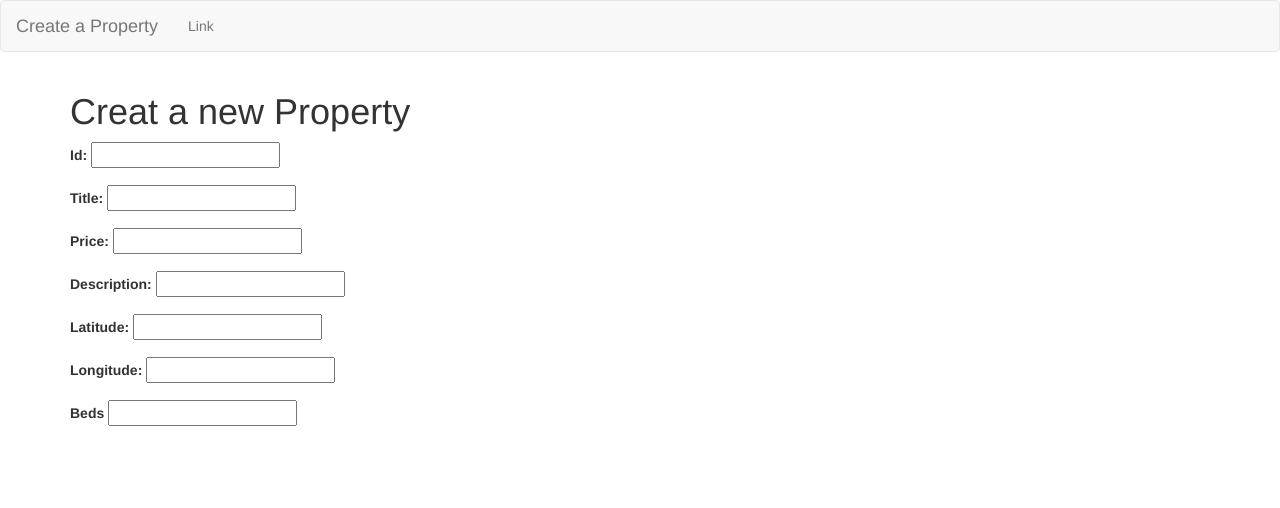
Repository: djoysilva/vivaRealChallenge
Page: http://localhost/vivaReal2.0/createProperty.jsp
The author's editor kept a copy of each file at every save. The page is drawn from the files as they stood at one save, then again after the next save.
The browser window is 1280 px wide. The pictures show the whole page.
The page is served by Tomcat 9. Other server files are loaded and not shown.

Above is the page before, as saved 2016-11-02 21:05:50.

### VivaRealWorkSpace/vivaReal2.0/WebContent/createProperty.jsp
<%@ page language="java" contentType="text/html; charset=ISO-8859-1"
    pageEncoding="ISO-8859-1"%>
<!DOCTYPE html PUBLIC "-//W3C//DTD HTML 4.01 Transitional//EN" "http://www.w3.org/TR/html4/loose.dtd">
<html>
<head>
<meta http-equiv="Content-Type" content="text/html; charset=ISO-8859-1">
<%@ include file = "include.jsp"%>
<title>Create a new property</title>
</head>
<body>
	<%@ include file = "menu.jsp" %>
	<div class = "container">
		<h1>Creat a new Property</h1>
		<div class = "row">
			<div class = "col-md-4">
				<form action="createProperty" method="post">
					<input type="hidden" name="action" value="create">
					<div class = "form-group">
						<label for="idId">Id:</label>
						<input type="text" name="id" id="idId">
					</div>
					<div class = "form-group">
						<label for="idTitle">Title:</label>
						<input type="text" name="title" id="idTitle">
					</div>
					<div class = "form-group">
						<label for="idPrice">Price:</label>
						<input type="text" name="price" id="idPrice">
					</div>
					<div class = "form-group">
						<label for="idDesc">Description:</label>
						<input type="text" name="description" id="idDesc">
					</div>
					<div class = "form-group">
						<label for="idLatitude">Latitude:</label>
						<input type="text" name="latitude" id="idLatitude">
					</div>
					<div class = "form-group">
						<label for="idLongitude">Longitude:</label>
						<input type="text" name="longitude" id="idLongitude">
					</div>
					<div class = "form-group">
						<label for="idBeds">Beds</label>
						<input type="text" name="beds" id="idBeds">
					</div>
				</form>
			</div>
		</div>
	</div>
</body>
</html>

### VivaRealWorkSpace/vivaReal2.0/WebContent/include.jsp
<link rel = "stylesheet" type = "text/css" href="css/bootstrap.min.css">

### VivaRealWorkSpace/vivaReal2.0/WebContent/menu.jsp
<nav class="navbar navbar-default">
  <div class="container-fluid">
    <!-- Brand and toggle get grouped for better mobile display -->
    <div class="navbar-header">
      <button type="button" class="navbar-toggle collapsed" data-toggle="collapse" data-target="#bs-example-navbar-collapse-1" aria-expanded="false">
        <span class="sr-only">Toggle navigation</span>
        <span class="icon-bar"></span>
        <span class="icon-bar"></span>
        <span class="icon-bar"></span>
      </button>
      <a class="navbar-brand" href="createProperty.jsp">Create a Property</a>
    </div>

    <!-- Collect the nav links, forms, and other content for toggling -->
    <div class="collapse navbar-collapse" id="bs-example-navbar-collapse-1">
      <ul class="nav navbar-nav">
        <li><a href="#">Link</a></li>
      </ul>
    </div><!-- /.navbar-collapse -->
  </div><!-- /.container-fluid -->
</nav>

Loaded but not shown: VivaRealWorkSpace/vivaReal2.0/WebContent/css/bootstrap.min.css (library)

After the next save:
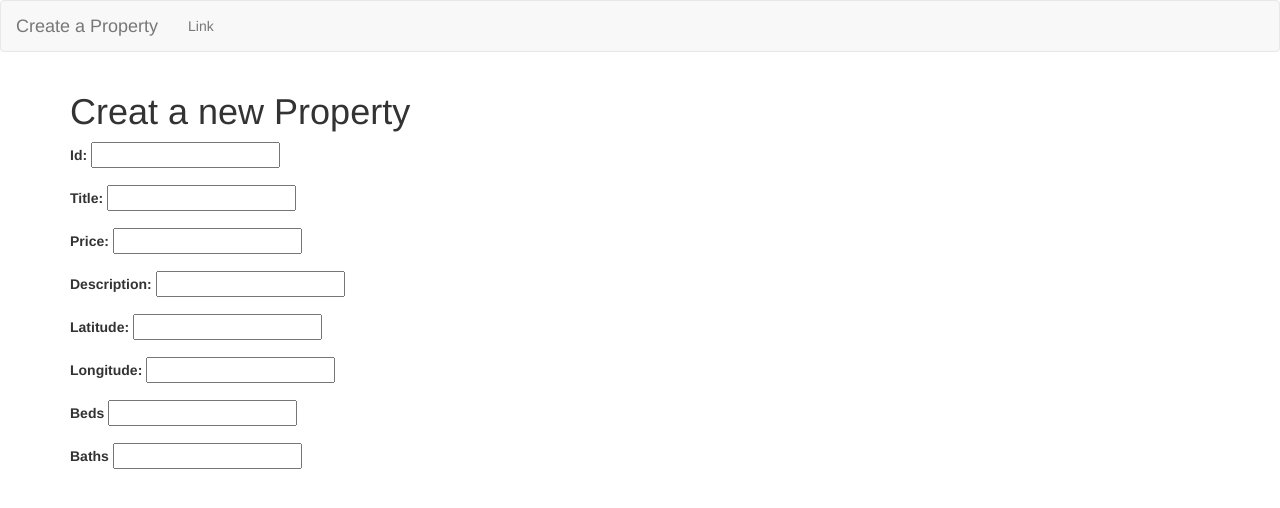
Saved 34 s later.
--- a/VivaRealWorkSpace/vivaReal2.0/WebContent/createProperty.jsp
+++ b/VivaRealWorkSpace/vivaReal2.0/WebContent/createProperty.jsp
@@ -43,6 +43,10 @@
 						<label for="idBeds">Beds</label>
 						<input type="text" name="beds" id="idBeds">
 					</div>
+					<div class = "form-group">
+						<label for="idBaths">Baths</label>
+						<input type="text" name="baths" id="idBaths">
+					</div>
 				</form>
 			</div>
 		</div>
